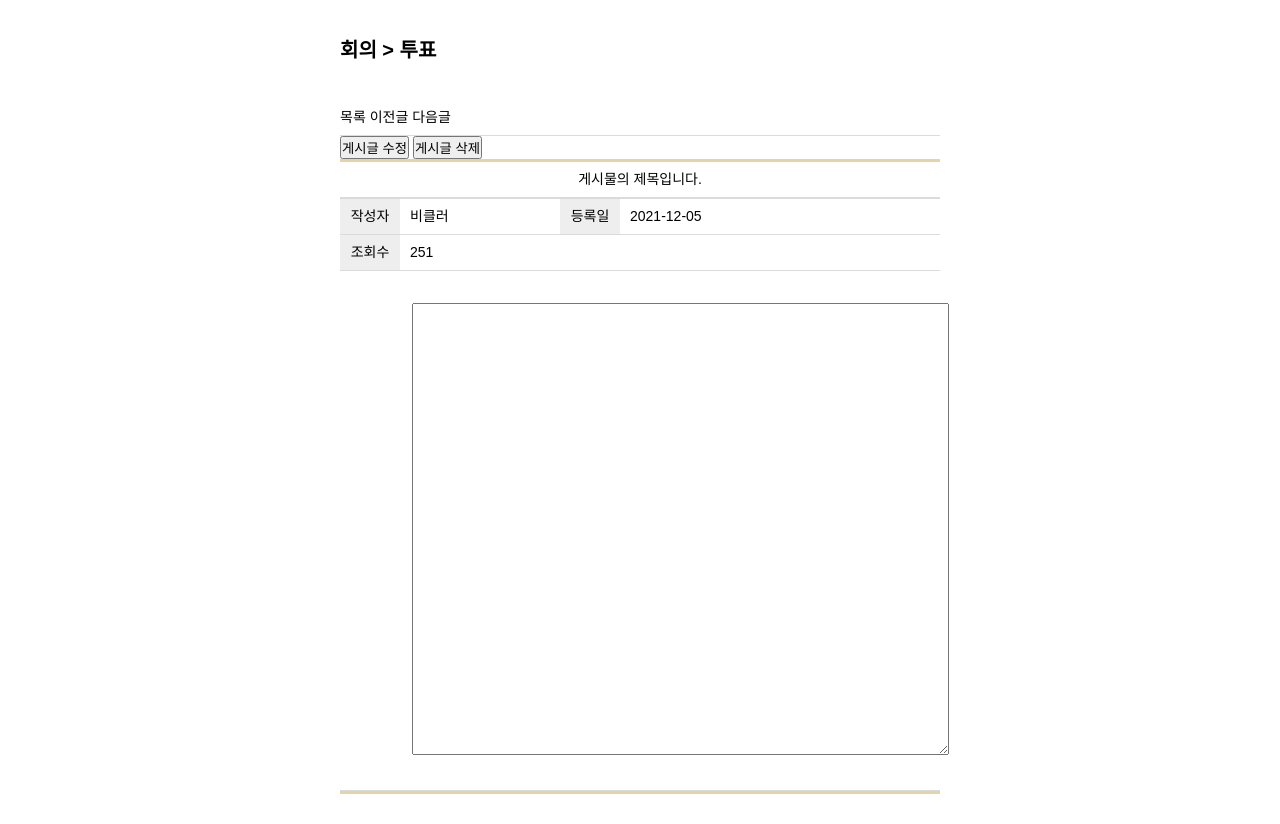
Repository: hyodii/FinalProject
Page: http://localhost/ViewPage/beeVoteArticle.jsp
An editor plug-in stored every save of this project. The page is shown before and after the next save, followed by the edit.
The browser window is 1280 px wide. The pictures show the whole page.
The page is served by Tomcat 9.

Above is the page before, as saved 2021-12-11 10:48:36.

After the next save:
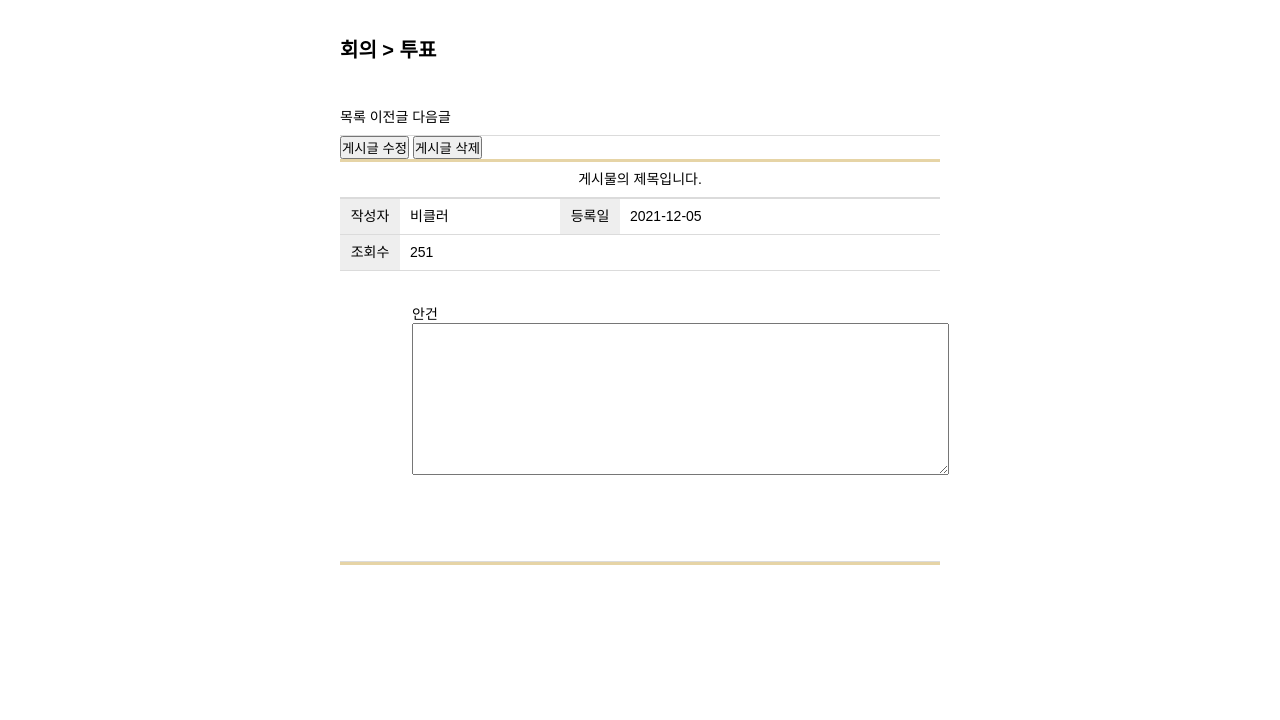
Saved 13 s later.
--- a/ViewPage/WebContent/beeVoteArticle.jsp
+++ b/ViewPage/WebContent/beeVoteArticle.jsp
@@ -188,7 +188,7 @@ body {font-family: 'Noto Sans KR', sans-serif; font-size: 14px;}
 			<table style="width: 600">
 				<tr>
 					<td style="padding: 10px 40px 10px 10px; vertical-align: top; height: 150">
-						<textarea rows="30" cols="65"></textarea>
+						안건<textarea rows="10" cols="65"></textarea>
 					</td>
 				</tr>
 			</table>
